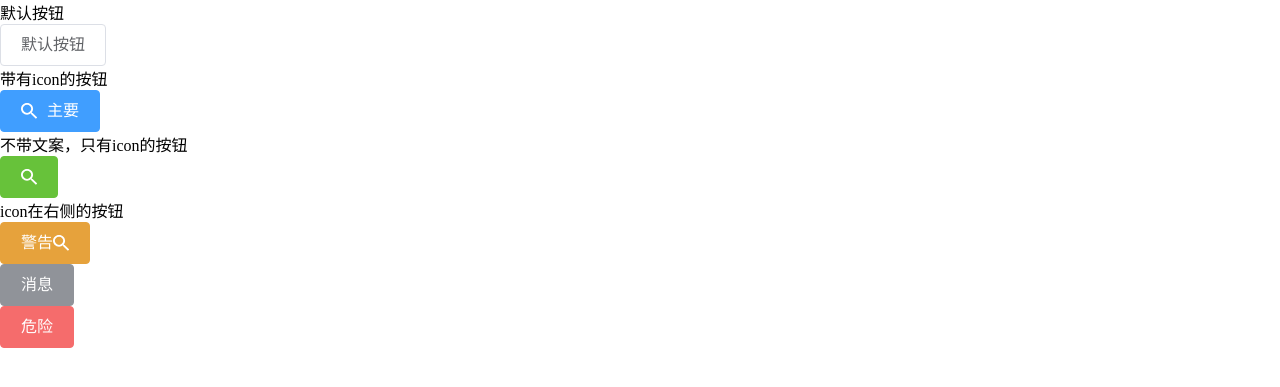
Repository: onlyadaydreamer/dreamer-ui
Page: /
An editor plug-in stored every save of this project. The page is shown before and after the next save, followed by the edit.
The browser window is 1280 px wide. The pictures show the whole page.
The project was rebuilt for these pictures with package versions that can differ from the ones it lists, and the page was loaded fresh each time. Also part of the build but not shown: src/styles/icon.js, src/packages/index.js.

Above is the page before, as saved 2020-05-13 15:43:47.

After the next save:
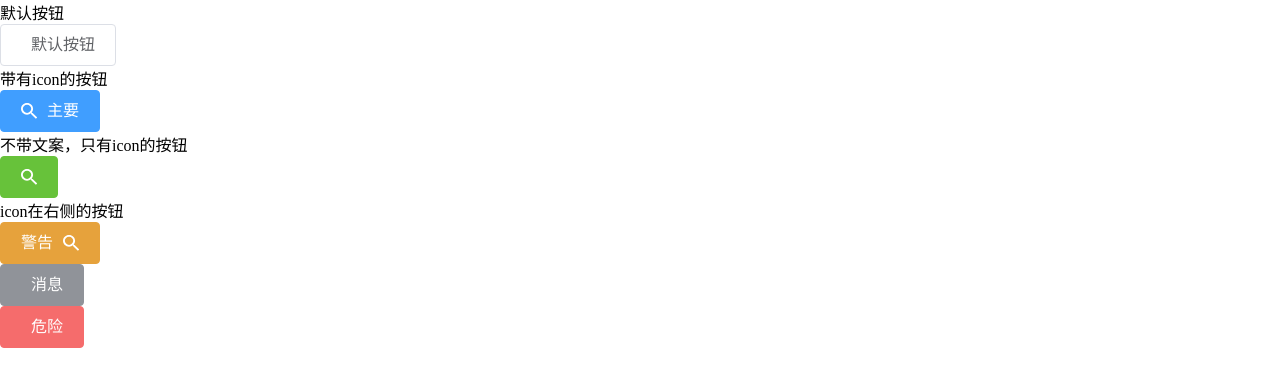
Saved 58 s later.
--- a/src/packages/button.vue
+++ b/src/packages/button.vue
@@ -144,17 +144,11 @@ $active-color: #3a8ee6;
 
     &-left {
         svg{order: 1};
-        span {order: 2};
-        .icon + span {// 如果icon后面有span标签的话, 设置span标签的样式
-            margin-left: 10px;
-        }
+        span {order: 2; margin-left: 10px;};
     }
     &-right {
         svg{order: 2};
-        span {order: 1};
-        span + .icon {// 如果icon前面有span标签的话, 设置span标签的样式
-            margin-right: 10px;
-        }
+        span {order: 1; margin-right: 10px;};
     }
 }
 </style>
